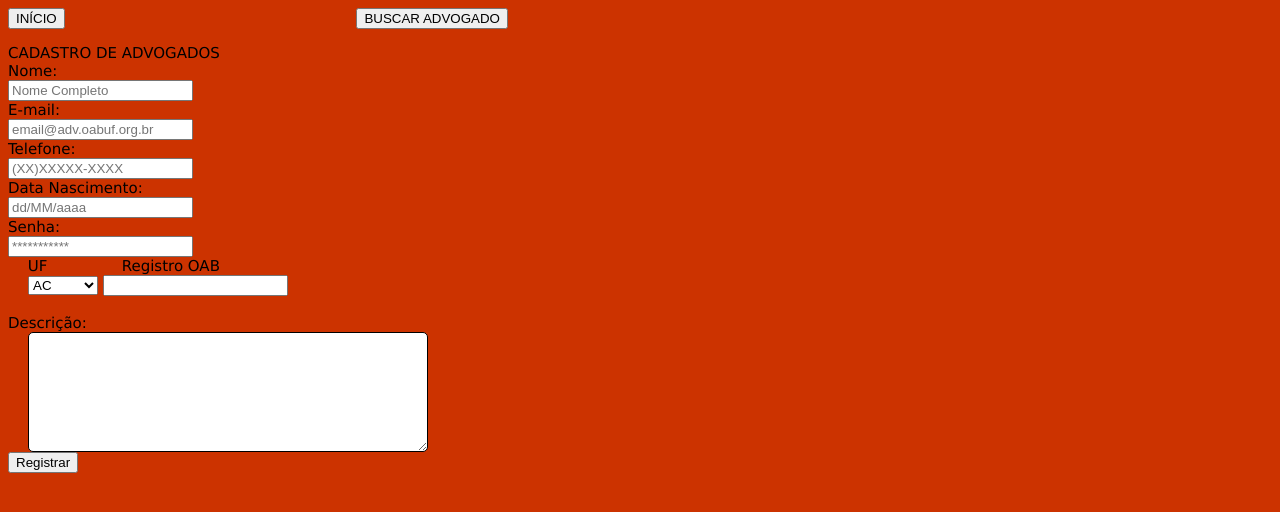
Repository: Natan16/CRUDJUSTTO
Page: http://localhost/CRUDJUSTTOWEB/adiciona-advogado.jsp
These files come from the project's save history. The page is drawn as it stood at one moment and after the next save; the edit follows.
The browser window is 1280 px wide. The pictures show the whole page.
The page is served by Tomcat 9. Other server files are loaded and not shown.

Above is the page before, as saved 2019-09-01 23:52:20.

### CRUDJUSTTOWEB/WebContent/adiciona-advogado.jsp
<%@ page import="utils.Listagens,
				 java.util.List,
                  dao.*,
                  model.*" %>

<html>
	<head>
		<link href="Estilo.css" rel="stylesheet" media="all" />
	</head>
     <body>

     	<form action="index.html" method="post" style="float:left;" >
			<input type="submit" value="INÍCIO" >
		</form>

		<form action="consulta-advogado.jsp" method="post"  style="float:right;">
			<input type="submit" value="BUSCAR ADVOGADO" >
		</form>
		<br><br>
          CADASTRO DE ADVOGADOS <br />
      	<form action="adicionaAdvogado">
           <%--  <%
				boolean modoEditar = true ;
 			%>
		 	<c:if test="${param.ufOAB == null}">
				<%
             		modoEditar = false;
                %>
			</c:if>

			<c:if test="${param.registroOAB == null}">
				<%
					modoEditar = false;
                %>
			</c:if> --%>

			 Nome:<br /> <input type="text" name="nome" placeholder="Nome Completo" required/><br />
         	 E-mail:<br />  <input type="text" name="email" placeholder="email@adv.oabuf.org.br" required/><br />
             Telefone:<br />  <input type="text" name="telefone" placeholder="(XX)XXXXX-XXXX"/><br />
             Data Nascimento:<br />  <input type="text" name="dataNascimento" placeholder="dd/MM/aaaa"/><br />
             Senha:<br>  <input type="password" name="senha" placeholder="***********" required/><br />

            <%--  <%
             	if(modoEditar){
             		AdvogadoDao dao = new AdvogadoDao();
             	    String ufOAB = %>"${param.ufOAB}"<%	;
             		String registroOAB = %>	${param.registroOAB}"<% ;
             		Advogado advogado = dao.procurarPorRegistro(new RegistroOAB(ufOAB , registroOAB));

             	}
             %>
              --%>

                        &emsp;  UF &nbsp;&emsp;&emsp;&emsp;&emsp; Registro OAB <br />
             <select name="ufOAB">
             	<%
             	List<String> ufs = Listagens.getUfs();
			 	for (String uf : ufs ) {
                %>
                	<option value=<%=uf %>><%=uf%></option>
                <%
                }
                %>
  			 </select>
  			 <input type="text" name="registroOAB" /><br />
  			 <br />

             Descrição: <br />
             <textarea rows = "5" cols = "60" name = "desc"></textarea><br>
             <input   type="submit" value="Registrar" />
             <%--  <%
             	if(modoEditar){

              %>
             		<input   type="submit" value="Atualizar" />
             <%
             	}else {
             %>
             		<input   type="submit" value="Registrar" />
             <%
             	}
             %> --%>
         </form>

     </body>
 </html>

### CRUDJUSTTOWEB/src/utils/Listagens.java
package utils;

import java.util.ArrayList;
import java.util.List;


public class Listagens {
	private static List<String> ufs = new ArrayList<>(
			  List.of("AC","AL","AM","AP","BA","CE","DF","ES","GO","MA","MG","MS","MT","PA","PB","PE","PI",
			"PR","RJ","RN","RO","RR","RS","SC","SE","SP","TO"));

	public static List<String> getUfs() {
		return ufs;
	}

	private static List<Character> tiposDeRegistro = new ArrayList<>(
			  List.of('A', 'B' , 'E' , 'N' , 'P' , 'D'));

	public static List<Character> getTiposDeRegistro() {
		return tiposDeRegistro;
	}

}

### CRUDJUSTTOWEB/WebContent/Estilo.css


form , body{
    font-family: Verdana,Tahoma,sans-serif;
    font-size: 15px;
    background-color: #CC3300;
    max-width: 500px;
}

h1 {
    margin-bottom: 20px;
    margin-left: 20px;
    color: #FFFFFF;
    text-shadow: 5px 5px 5px black;
}

select {
	width: 70px;
    color: black;
    margin-left: 20px;
}

textarea {
    width: 200px;
    padding: 10px;
    color: black;
    margin-left: 20px;
    -webkit-border-radius: 5px;
    -moz-border-radius: 5px;
    border: 1px solid;
}

input:hover, textarea:hover, input:focus, textarea:focus {
    border-color: #000066;
    box-shadow: 5px 0px 9px #FFFF00;
    background-color: #66FFFF;
    color: black;
    font-weight: bold;
}

.submit input {
    background-color: #66FFFF;
    height: 40px;
    width: 100px;
    font-weight: bold;
    border-radius: 5px;
    -webkit-border-radius: 5px;
    -moz-border-radius: 5px;
    border: 1px solid;
    color: black;
}

textarea {
    width: 400px;
    height: 120px;
    line-height: 20px;
    max-width: 400px;
}

form label {
    margin-left: 20px;
    color: #FFFFFF;
    font-weight: bold;
}

After the next save:
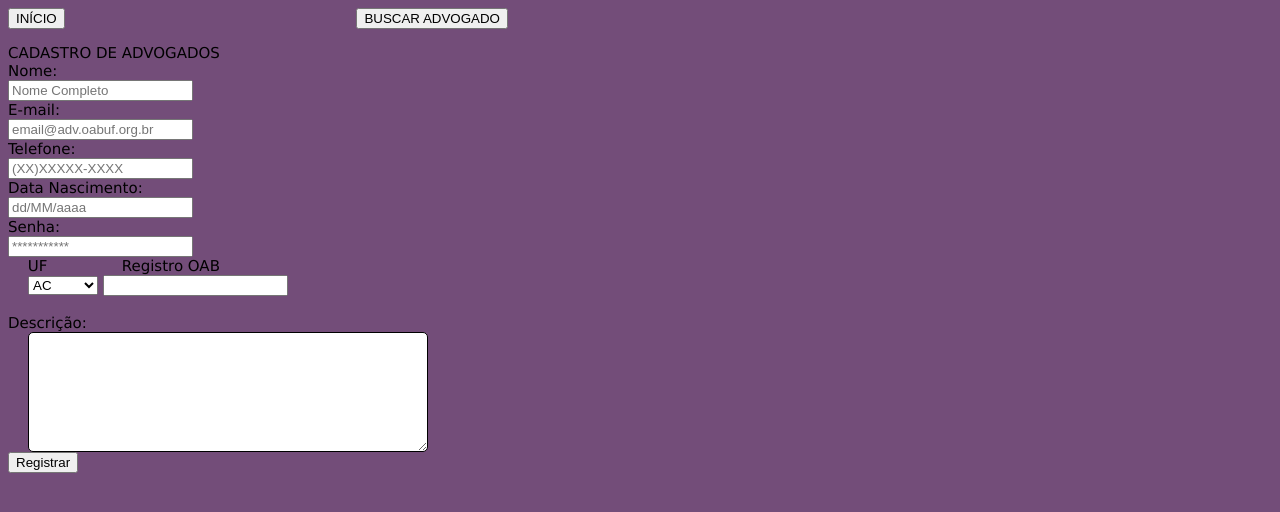
Saved 98 s later.
--- a/CRUDJUSTTOWEB/WebContent/Estilo.css
+++ b/CRUDJUSTTOWEB/WebContent/Estilo.css
@@ -3,7 +3,7 @@
 form , body{
     font-family: Verdana,Tahoma,sans-serif;
     font-size: 15px;
-    background-color: #CC3300;
+    background-color: #734d79;
     max-width: 500px;
 }
 
